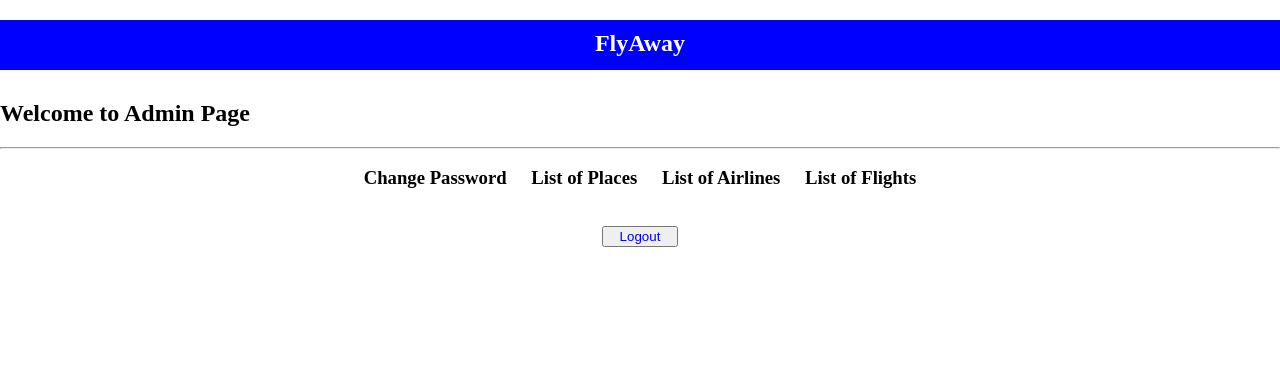
Repository: KartikMuchakandimath/Flyaway
Page: http://localhost/FlayAway/AdminHome.jsp
The author's editor kept a copy of each file at every save. The page is drawn from the files as they stood at one save, then again after the next save.
The browser window is 1280 px wide. The pictures show the whole page.
The page is served by Tomcat 9.

Above is the page before, as saved 2022-04-22 20:29:13.

After the next save:
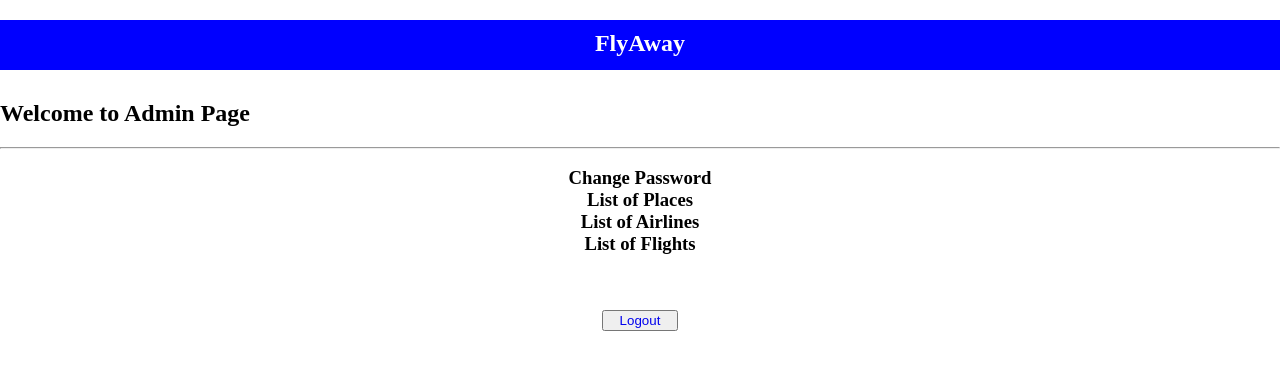
Saved 27 s later.
--- a/FlayAway/src/main/webapp/AdminHome.jsp
+++ b/FlayAway/src/main/webapp/AdminHome.jsp
@@ -39,10 +39,10 @@ text-decoration : none;
 <hr>
 <center>
 <div class="topnav">
-  <h3><a href="changePassword.jsp"style="text-decoration: none;color:black";>Change Password</a>
-  <a href="Places.jsp"style="text-decoration: none;color:black";>List of Places</a>
-  <a href="AirlineList.jsp"style="text-decoration: none;color:black";>List of Airlines</a>
-  <a href="FlightsList.jsp"style="text-decoration: none;color:black";>List of Flights</a></h3>
+  <h3><a href="changePassword.jsp"style="text-decoration: none;color:black";>Change Password</a><br>
+  <a href="Places.jsp"style="text-decoration: none;color:black";>List of Places</a><br>
+  <a href="AirlineList.jsp"style="text-decoration: none;color:black";>List of Airlines</a><br>
+  <a href="FlightsList.jsp"style="text-decoration: none;color:black";>List of Flights</a></h3><br>
 </div>
 <br>
 
